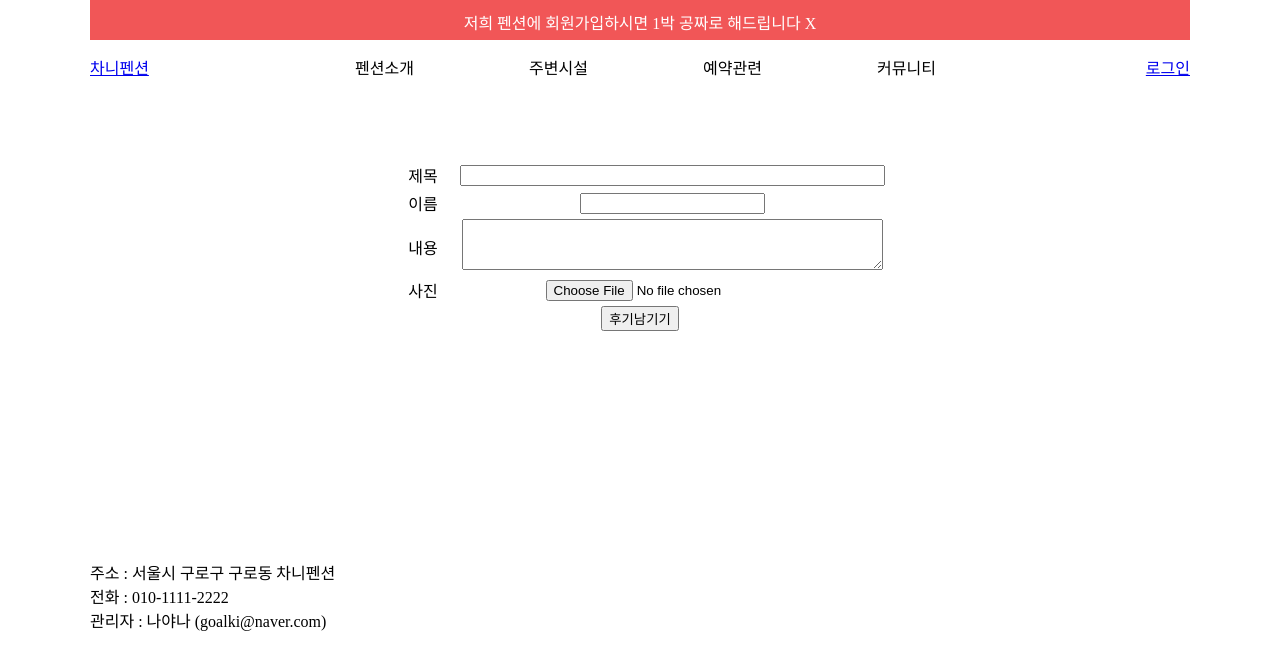
Repository: goalki/pension
Page: http://localhost/pension/tour/write.jsp
An editor plug-in stored every save of this project. The page is shown before and after the next save, followed by the edit.
The browser window is 1280 px wide. The pictures show the whole page.
The page is served by Tomcat 9.

Above is the page before, as saved 2021-01-19 08:06:56.

After the next save:
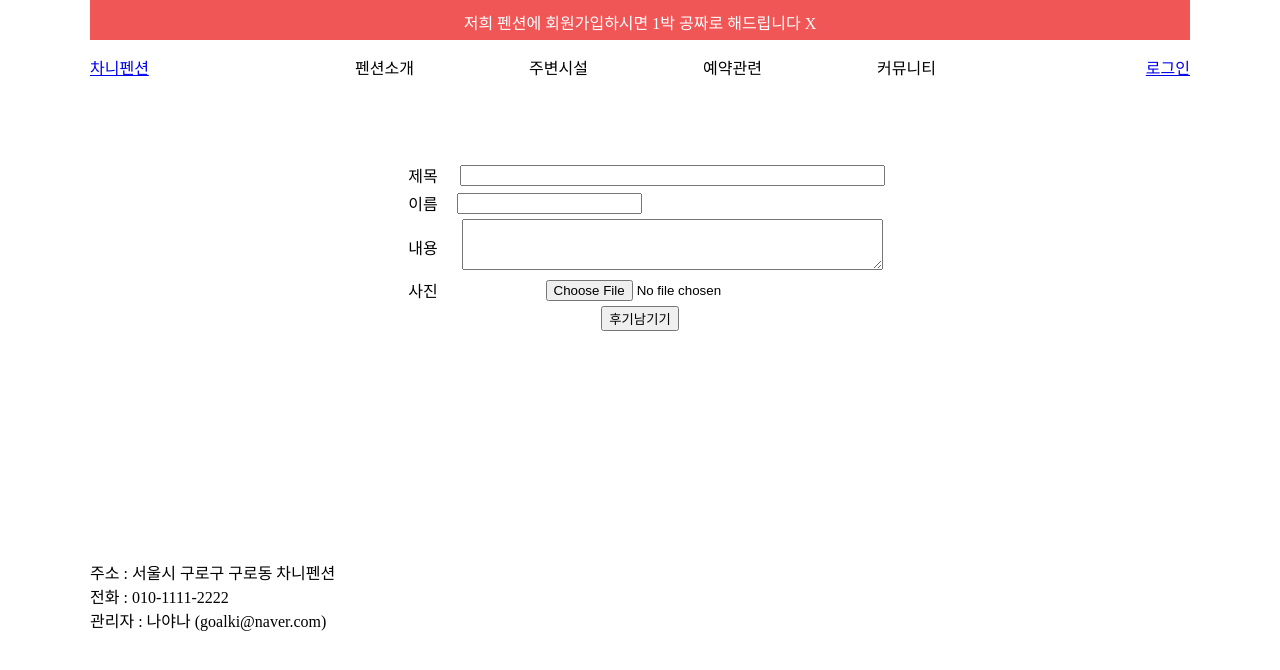
Saved 11 s later.
--- a/pension/WebContent/tour/write.jsp
+++ b/pension/WebContent/tour/write.jsp
@@ -21,7 +21,7 @@
       </tr>
       <tr>
        <td> 이름  </td>
-       <td> <input type="text" name="name"> </td>
+       <td align="left"> <input type="text" name="name"> </td>
       </tr>
       <tr>
        <td> 내용 </td>

After the save that followed:
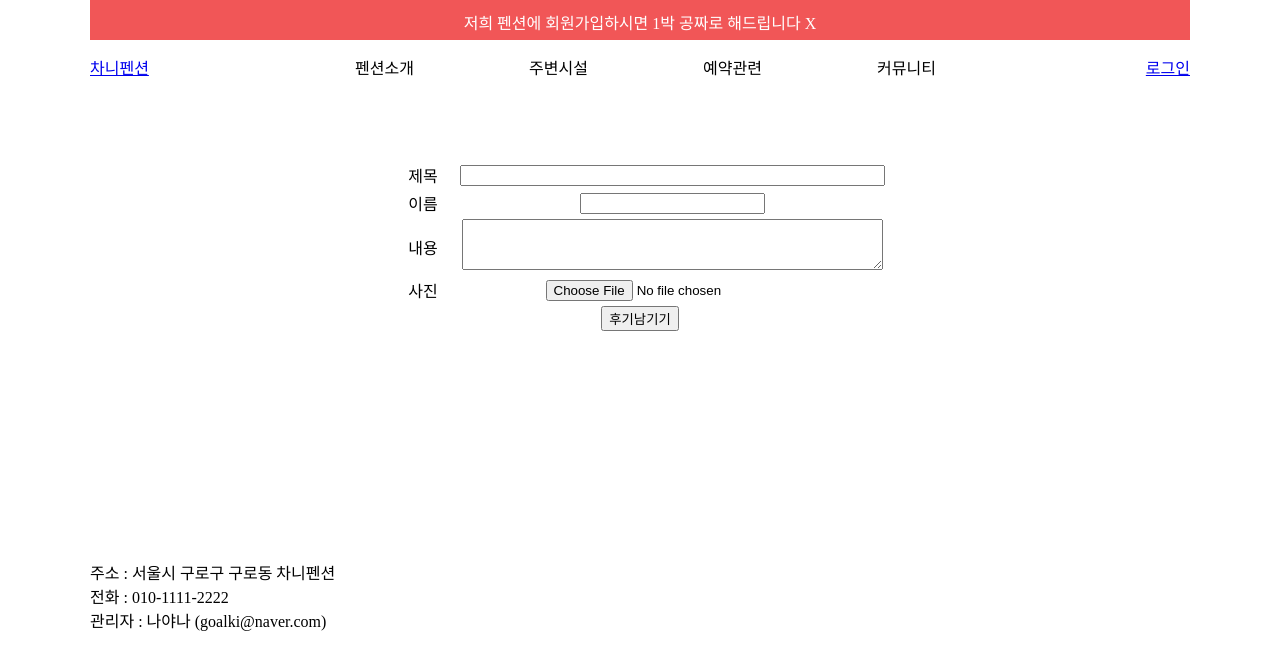
Saved 9 s later.
--- a/pension/WebContent/tour/write.jsp
+++ b/pension/WebContent/tour/write.jsp
@@ -21,7 +21,7 @@
       </tr>
       <tr>
        <td> 이름  </td>
-       <td align="left"> <input type="text" name="name"> </td>
+       <td> <input type="text" name="name"> </td>
       </tr>
       <tr>
        <td> 내용 </td>
